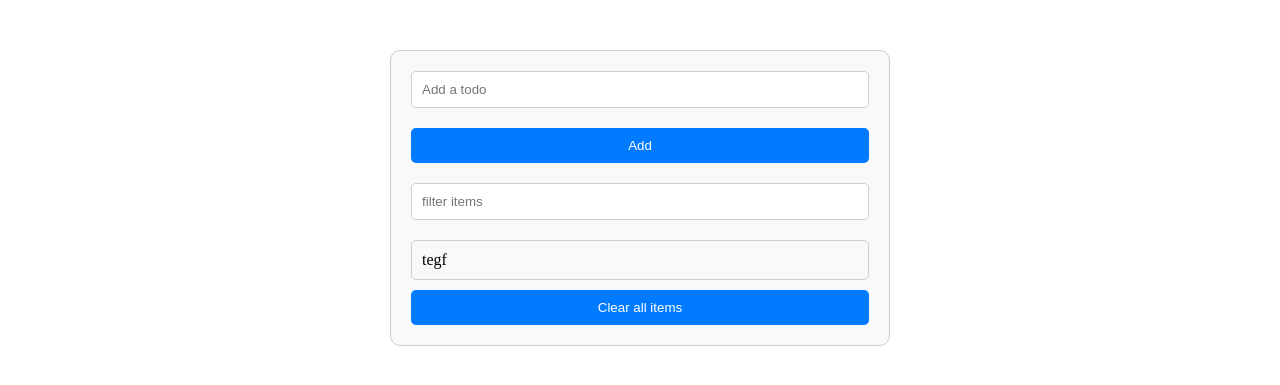
Repository: Fariadd/Vanilla-JS
Page: movieAPI/index.html
An editor plug-in stored every save of this project. The page is shown before and after the next save, followed by the edit.
The browser window is 1280 px wide. The pictures show the whole page.

Above is the page before, as saved 2024-10-02 22:09:09.

After the next save:
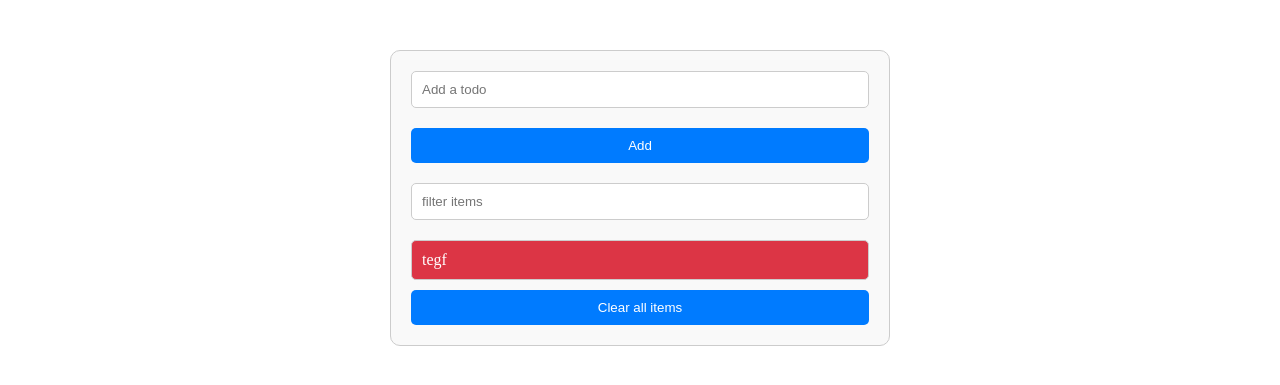
Saved 37 s later.
--- a/movieAPI/index.html
+++ b/movieAPI/index.html
@@ -20,7 +20,7 @@
       </form>
 
       <ul class="card-list">
-        <li>tegf</li>
+        <li class="remove-btn">tegf</li>
       </ul>
       <button id="button" type="submit">Clear all items</button>
     </div>

After the save that followed:
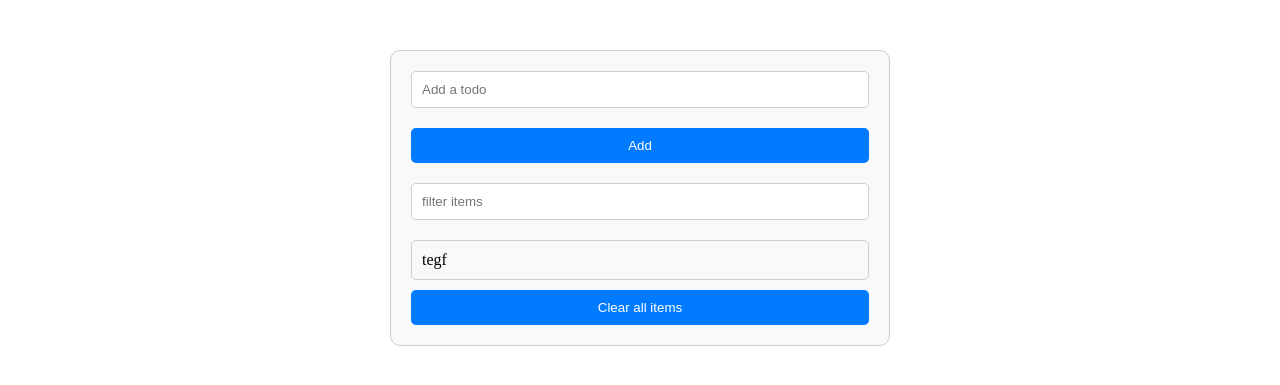
Saved 8 s later.
--- a/movieAPI/index.html
+++ b/movieAPI/index.html
@@ -20,7 +20,7 @@
       </form>
 
       <ul class="card-list">
-        <li class="remove-btn">tegf</li>
+        <li class="Remove">tegf</li>
       </ul>
       <button id="button" type="submit">Clear all items</button>
     </div>
